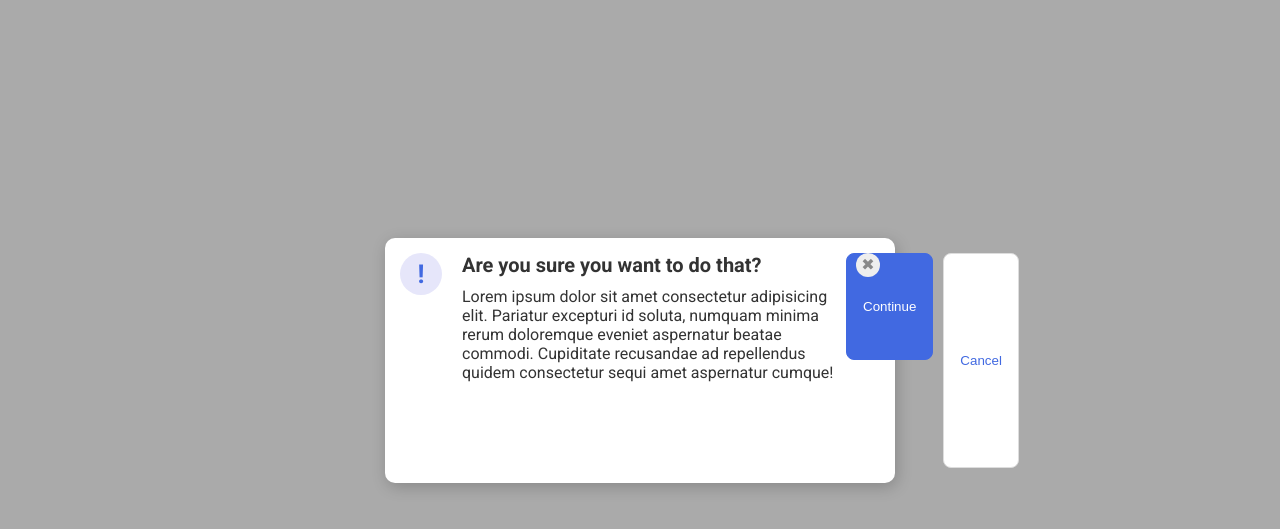
Repository: ridgely/css-exercises
Page: flex/05-flex-modal/index.html
The author's editor kept a copy of each file at every save. The page is drawn from the files as they stood at one save, then again after the next save.
The browser window is 1280 px wide. The pictures show the whole page.

Above is the page before, as saved 2022-07-06 14:40:16.

After the next save:
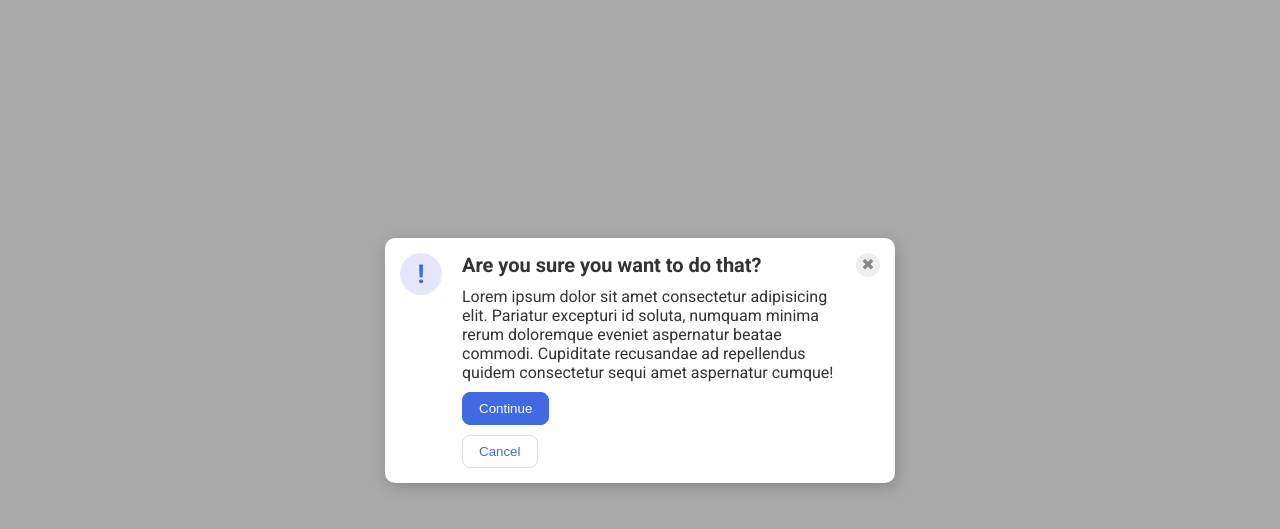
Saved 12 s later.
--- a/flex/05-flex-modal/style.css
+++ b/flex/05-flex-modal/style.css
@@ -67,14 +67,12 @@ button {
   padding: 8px 16px;
   border-radius: 8px;
   align-self: flex-start;
-  flex-basis: 100%;
 }
 
 button.continue {
   background: royalblue;
   border: 1px solid royalblue;
   color: white;
-  flex-basis: 50%;
 }
 
 button.cancel {
